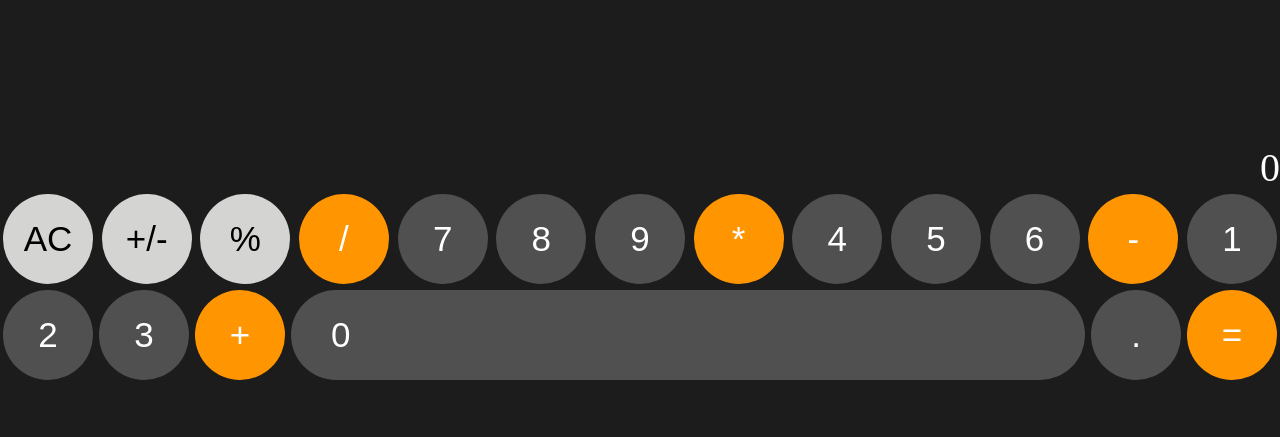
Repository: Sukhvir-Grewal/Calculator
Page: index.html
These files come from the project's save history. The page is drawn as it stood at one moment and after the next save; the edit follows.
The browser window is 1280 px wide. The pictures show the whole page.

Above is the page before, as saved 2023-12-07 13:01:02.

### index.html
<!DOCTYPE html>
<html lang="en">
    <head>
        <meta charset="UTF-8" />
        <meta http-equiv="X-UA-Compatible" content="IE=edge" />
        <meta name="viewport" content="width=device-width, initial-scale=1.0" />
        <title>Document</title>
        <link rel="stylesheet" href="index.css" />
    </head>
    <body>
      <div class="container">
          <div class="result">0</div>
            <button class="clear commands">AC</button>
            <button class="positiveOrNegative commands">+/-</button>
            <button class="persentage commands" value="%">%</button>
            <button class="divide operator" value="/">/</button>

            <button class="operands" value="7">7</button>
            <button class="operands" value="8">8</button>
            <button class="operands" value="9">9</button>
            <button class="Multiply operator" value="*">*</button>

            <button class="operands" value="4">4</button>
            <button class="operands" value="5">5</button>
            <button class="sex operands" value="6">6</button>
            <button class="Minus operator" value="-">-</button>

            <button class="operands" value="1">1</button>
            <button class="operands" value="2">2</button>
            <button class="operands" value="3">3</button>
            <button class="plus operator" value="+">+</button>

            <button class="Zero operands" value="0">0</button>
            <button class="dot operands" value="">.</button>
            <button class="equal operator">=</button>
        </div>
        <script src="index.js"></script>
    </body>
</html>

### index.css
* {
    margin: 0;
    padding: 0;
}
html,
body {
    background-color: #1c1c1c;
    /* width: 100vw;
  height: 100vh; */
}

.blackBox {
    width: 100px;
    height: 230px;
    background-color: #1c1c1c;
}

.container {
    display: flex;
    flex-wrap: wrap;
    margin-top: 20vh;
    justify-content: space-between;
}
button {
    width: 90px;
    height: 90px;
    border-radius: 50%;
    font-size: 35px;
    margin: 3px;
    border: none;
}
.Zero {
    border-radius: 50px;
    flex-grow: 2;
    text-align: left;
    padding: 0 40px;
}
.operator {
    background-color: #ff9500;
    color: white;
}
.commands {
    background-color: #d4d4d2;
}
.operands {
    background-color: #505050;
    color: white;
}
.result {
    width: 100vw;
    border: 10px;
    color: white;
    display: flex;
    justify-content: flex-end;
    align-items: flex-end;
    font-size: 40px;
}

.get_number{
    margin: 20px;
}

### index.js
let firstValue = "";
let secondValue = "";
let currentOperator = "";
let readingFirstValue = true;
var operands_count = 0;

let numbers = document.querySelectorAll(".operands");
let operator_ = document.querySelectorAll(".operator");
let result = document.querySelector(".result");
let clear = document.querySelector(".clear");
let equal = document.querySelector(".equal");
let PorN = document.querySelector(".positiveOrNegative");
let dot = document.querySelector(".dot");
let percentage = document.querySelector(".percentage");

clear.addEventListener("click", function (e) {
    toggleNumbersColor();
    toggleOperandsColor();
    clear.innerHTML = "AC";
    result.innerHTML = "0";
    firstValue = "";
    secondValue = "";
    currentOperator = "";
    readingFirstValue = true;
});

equal.onclick = function () {
    calculate();
};

for (var i = 0; i < numbers.length; i++) {
    var str = "";
    numbers[i].addEventListener("click", function (e) {
        toggleOperandsColor();
        var target_ = e.target.style;
        for (var j = 0; j < numbers.length; j++) {
            numbers[j].style.backgroundColor = "#505050";
        }
        target_.backgroundColor = "#868686";
        let value_ = e.target.getAttribute("value");
        if (readingFirstValue == true) {
            clear.innerHTML = "C";
            addFirstValue(value_);
            PorN.onclick = () => {
                isFirstPositive();
            };
            dot.onclick = function () {
                firstDotValue();
            };
            percentage.onclick = function () {
                firstValuePercentage();
            };
        } else {
            addSecondValue(value_);
            PorN.onclick = () => {
                isSecondPositive();
            };
            dot.onclick = function () {
                SecondDotValue();
            };
            percentage.onclick = function () {
                SecondValuePercentage();
            };
        }
    });
}
for (var i = 0; i < operator_.length; i++) {
    operator_[i].addEventListener("click", function (e) {
        toggleNumbersColor();
        var target_ = e.target.style;
        for (var j = 0; j < operator_.length; j++) {
            operator_[j].style.backgroundColor = "#ff9500";
            operator_[j].style.color = "white";
        }
        target_.backgroundColor = "white";
        target_.color = "#ff9500";
        if (firstValue != "") {
            let new_operator = e.target.getAttribute("value");
            currentOperator = new_operator;
            if (secondValue == "") readingFirstValue = false;
            if (operands_count > 0) {
                calculate();
                readingFirstValue = false;
            }
            operands_count++;
        }
    });
}

function addFirstValue(value_) {
    result.innerHTML = "";
    firstValue += value_;
    result.innerHTML = firstValue;
}

function addSecondValue(value_) {
    result.innerHTML = "";
    secondValue += value_;
    result.innerHTML = secondValue;
}

function calculate() {
    if (firstValue != "" && secondValue != "" && operator_ != "") {
        let ans;
        let firstVal = parseFloat(firstValue);
        let secondVal = parseFloat(secondValue);
        switch (currentOperator) {
            case "/":
                ans = firstVal / secondVal;
                break;
            case "*":
                ans = firstVal * secondVal;
                break;
            case "+":
                ans = firstVal + secondVal;
                break;
            case "-":
                ans = firstVal - secondVal;
                break;
        }
        result.innerHTML = ans;
        readingFirstValue = true;
        firstValue = ans;
        secondValue = "";
        currentOperator = "";
    }
}
function isFirstPositive() {
    var str = document.querySelector(".result");
    var change = parseFloat(str.innerHTML);
    if (change > 0) {
        str.innerHTML = "-" + str.innerHTML;
    } else if (str.innerHTML != "0") {
        str.innerHTML = str.innerHTML.slice(1);
    }
    firstValue = str.innerHTML;
}
function isSecondPositive() {
    var str = document.querySelector(".result");
    var change = parseFloat(str.innerHTML);
    if (change > 0) {
        str.innerHTML = "-" + str.innerHTML;
    } else if (str.innerHTML != "0") {
        str.innerHTML = str.innerHTML.slice(1);
    }
    secondValue = str.innerHTML;
}
function firstDotValue() {
    var hasDot = false;
    for (var i = 0; i < result.innerHTML.length; i++) {
        if (result.innerHTML[i] == ".") hasDot = true;
    }
    if (hasDot == false) {
        result.innerHTML = result.innerHTML + ".";
        firstValue = result.innerHTML;
    }
}
function SecondDotValue() {
    var hasDot = false;
    for (var i = 0; i < result.innerHTML.length; i++) {
        if (result.innerHTML[i] == ".") hasDot = true;
    }
    if (hasDot == false) {
        result.innerHTML = result.innerHTML + ".";
        secondValue = result.innerHTML;
    }
}
function firstValuePercentage() {
    toggleOperandsColor();
    toggleNumbersColor();
    var val = parseFloat(firstValue);
    val = val / 100;
    result.innerHTML = val;
    firstValue = val;
}
function SecondValuePercentage() {
    toggleOperandsColor();
    toggleNumbersColor();
    var val = parseFloat(firstValue);
    val = val / 100;
    result.innerHTML = val;
    secondValue = val;
}
function toggleOperandsColor() {
    for (var j = 0; j < operator_.length; j++) {
        operator_[j].style.backgroundColor = "#ff9500";
        operator_[j].style.color = "white";
    }
}
function toggleNumbersColor() {
    for (var j = 0; j < operator_.length; j++) {
        numbers[j].style.backgroundColor = "#505050";
    }
}

After the next save:
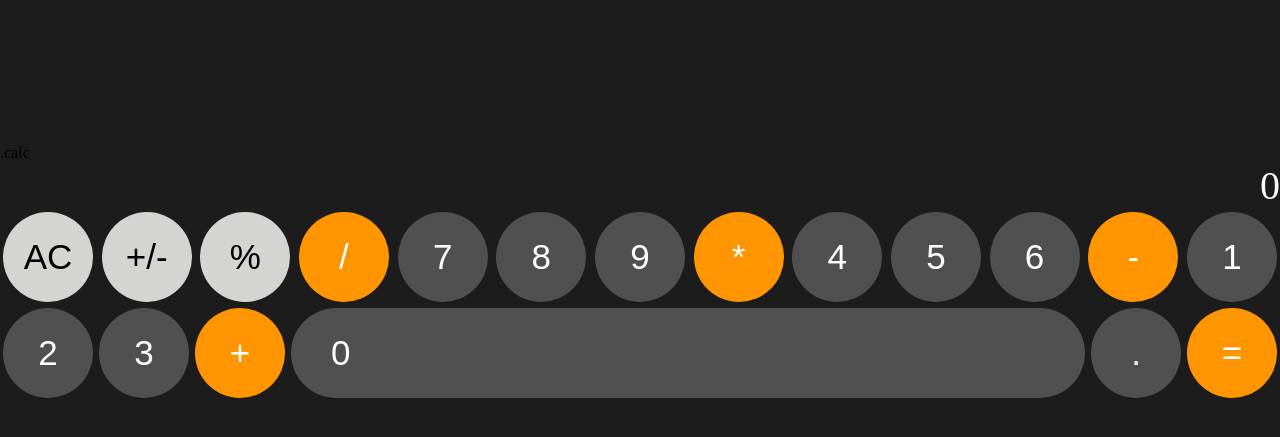
Saved 44 s later.
--- a/index.html
+++ b/index.html
@@ -9,6 +9,7 @@
     </head>
     <body>
       <div class="container">
+        .calc
           <div class="result">0</div>
             <button class="clear commands">AC</button>
             <button class="positiveOrNegative commands">+/-</button>

After the save that followed:
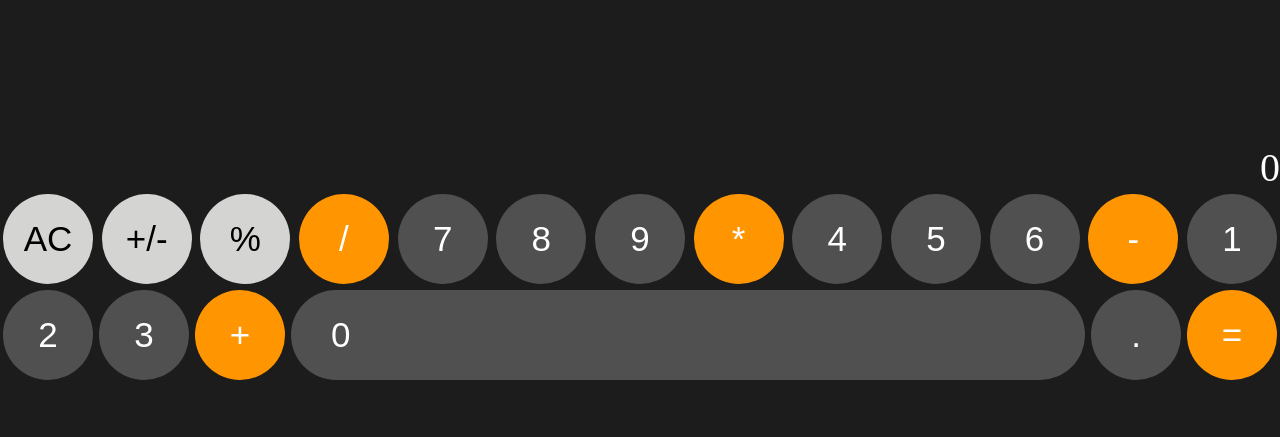
Saved 6 s later.
--- a/index.html
+++ b/index.html
@@ -9,7 +9,9 @@
     </head>
     <body>
       <div class="container">
-        .calc
+        <div class="calculator">
+
+        </div>
           <div class="result">0</div>
             <button class="clear commands">AC</button>
             <button class="positiveOrNegative commands">+/-</button>
